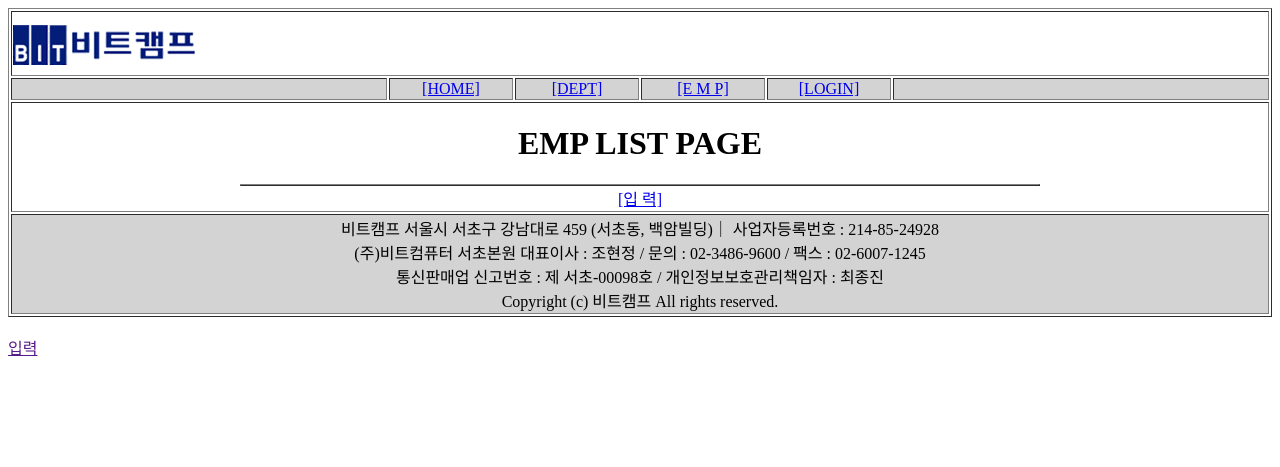
Repository: Deepsky110/LectureNotes
Page: http://localhost/web03/emp/edit.jsp
An editor plug-in stored every save of this project. The page is shown before and after the next save, followed by the edit.
The browser window is 1280 px wide. The pictures show the whole page.
The page is served by Tomcat 9. Queries for data that is not in the repository find no rows.

Above is the page before, as saved 2020-07-01 07:46:09.

### web03/WebContent/emp/edit.jsp
<%@page import="java.sql.ResultSet"%>
<%@page import="java.sql.DriverManager"%>
<%@page import="java.sql.Statement"%>
<%@page import="java.sql.Connection"%>
<%@ page language="java" contentType="text/html; charset=EUC-KR"
    pageEncoding="EUC-KR"%>
<!DOCTYPE html PUBLIC "-//W3C//DTD HTML 4.01 Transitional//EN" "http://www.w3.org/TR/html4/loose.dtd">
<html>
<head>
<meta http-equiv="Content-Type" content="text/html; charset=EUC-KR">
<title>Insert title here</title>
</head>
<body>
   <!--
   <h1 align=center>사원관리 프로그램</h1>
    -->
   <table width="100%" border="1" align="center">
      <tr>
         <td colspan="6"><img src="../img/logo.png"></td>

      </tr>

         <td bgcolor="lightgray"></td>
         <td align="center" bgcolor="lightgray" width="120"><a href="../index.jsp">[HOME]</a></td>
         <td align="center" bgcolor="lightgray" width="120"><a href="../dept/list.jsp">[DEPT]</a></td>
         <td align="center" bgcolor="lightgray" width="120"><a href="list.jsp">[E M P]</a></td>
         <td align="center" bgcolor="lightgray" width="120"><a href="../login/login.jsp">[LOGIN]</a></td>
         <td bgcolor="lightgray"></td>
      </tr>

      <tr>
         <td colspan="6" >
         <!-- content start -->

         <center>

         <h1>EMP LIST PAGE</h1>
         <table border="1" width="800" cellspacing="0">
         <%
         String empno = request.getParameter("empno");
         String sql="select empno,ename,job,mgr,hiredate,sal,comm,";
         sql+="(select dname from dept where dept.deptno = emp.deptno) "; // 서브쿼리
         sql+="from emp where empno="+empno;

         String driver="oracle.jdbc.driver.OracleDriver";
         String url="jdbc:oracle:thin:@localhost:1521:xe";
         String user="scott";
         String password="tiger";

         Connection conn=null;
         Statement stmt =null;
         ResultSet rs= null;

         try{
            Class.forName(driver);
            conn= DriverManager.getConnection(url,user,password);
            stmt=conn.createStatement();
            rs= stmt.executeQuery(sql);
            int cnt=0;
            if(rs.next()){

         %>
         <tr>
            <td>empno</td>
            <td><%=rs.getInt(1) %></td>
         </tr>
         <tr>
            <td>ename</td>
            <td><%=rs.getString(2) %></td>
         </tr>
         <tr>
            <td>job</td>
            <td><%=rs.getString(3) %></td>
         </tr>
         <tr>
            <td>mgr</td>
            <td><%=rs.getInt(4) %></td>
         </tr>
         <tr>
            <td>hiredate</td>
            <td><%=rs.getDate(5) %></td>
         </tr>
         <tr>
            <td>sal</td>
            <td><%=rs.getInt(6) %></td>
         </tr>
         <tr>
            <td>comm</td>
            <td><%=rs.getInt(7) %></td>
         </tr>
         <tr>
            <td>dname</td>
            <td><%=rs.getString(8) %></td>
         </tr>
         <tr>
            <td colspan = "2">
            	<a href = "">[수 정]</a>
            	<a href = "">[삭 제]</a>
            </td>
         </tr>
         <%
            }
         }finally{
               if(rs!=null)rs.close();
               if(stmt!=null)stmt.close();
               if(conn!=null)conn.close();
         }
         %>
         </table>
         <a href="add.jsp">[입 력]</a>
         </center>
         <!-- content end -->
         </td>
      </tr>

      <tr>
         <td align="center" colspan="6" bgcolor="lightgray">
         비트캠프 서울시 서초구 강남대로 459 (서초동, 백암빌딩)｜ 사업자등록번호 : 214-85-24928<br>
(주)비트컴퓨터 서초본원 대표이사 : 조현정 / 문의 : 02-3486-9600 / 팩스 : 02-6007-1245<br>
통신판매업 신고번호 : 제 서초-00098호 / 개인정보보호관리책임자 : 최종진<br>
Copyright (c) 비트캠프 All rights reserved.</td>

      </tr>


   </table>


   <br>
   <a href="">입력</a>


</body>
</html>

After the next save:
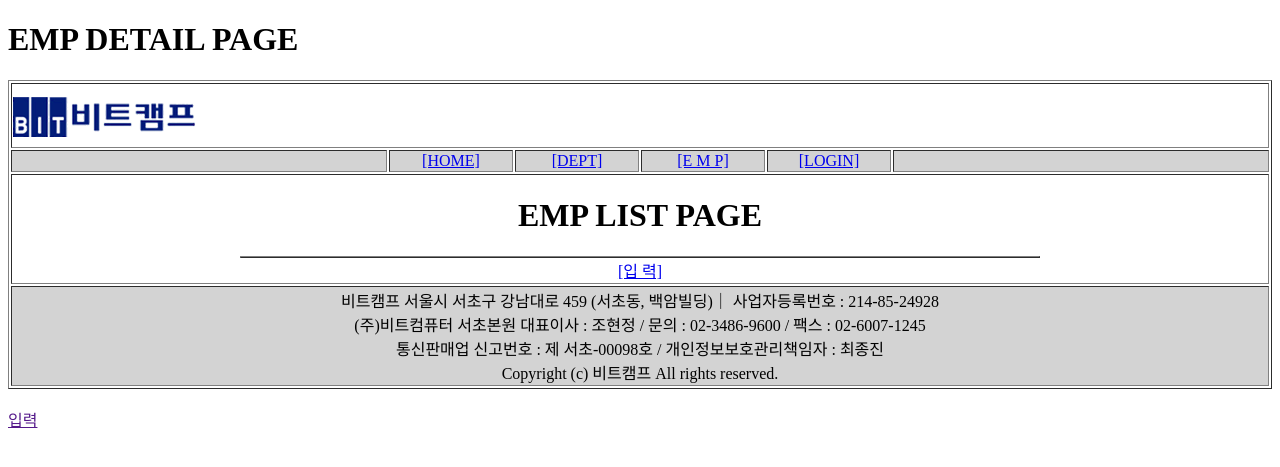
Saved 3 min 39 s later.
--- a/web03/WebContent/emp/edit.jsp
+++ b/web03/WebContent/emp/edit.jsp
@@ -14,6 +14,7 @@
    <!--
    <h1 align=center>사원관리 프로그램</h1>
     -->
+   <h1>EMP DETAIL PAGE</h1>
    <table width="100%" border="1" align="center">
       <tr>
          <td colspan="6"><img src="../img/logo.png"></td>
